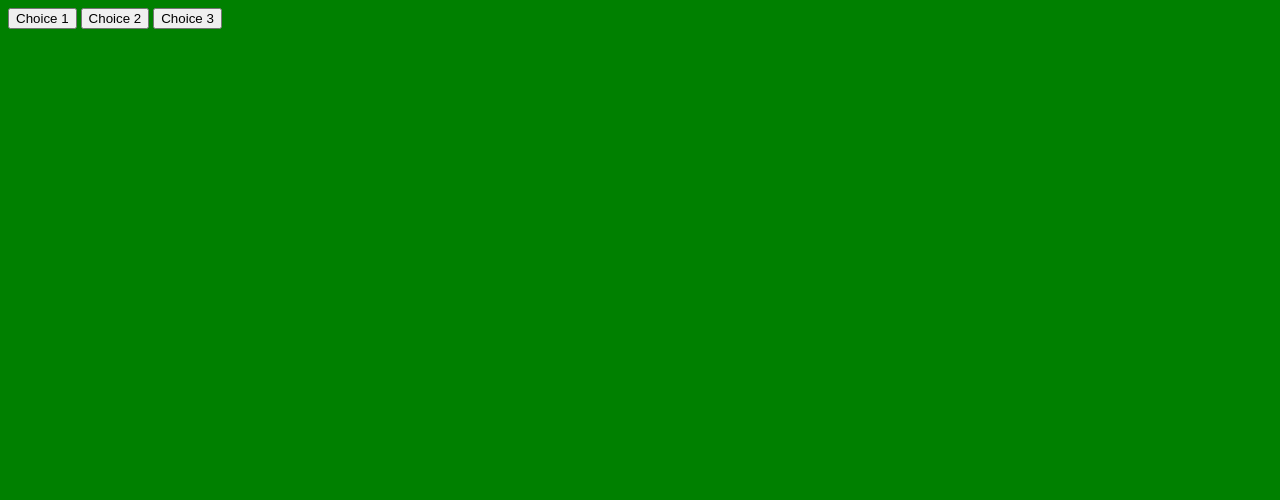
Repository: nguyenlejoe/Dynamic_notSoSherlock
Page: MultiChoice/MultiChoice.html
These files come from the project's save history. The page is drawn as it stood at one moment and after the next save; the edit follows.
The browser window is 1280 px wide. The pictures show the whole page.

Above is the page before, as saved 2020-03-05 18:21:05.

After the next save:
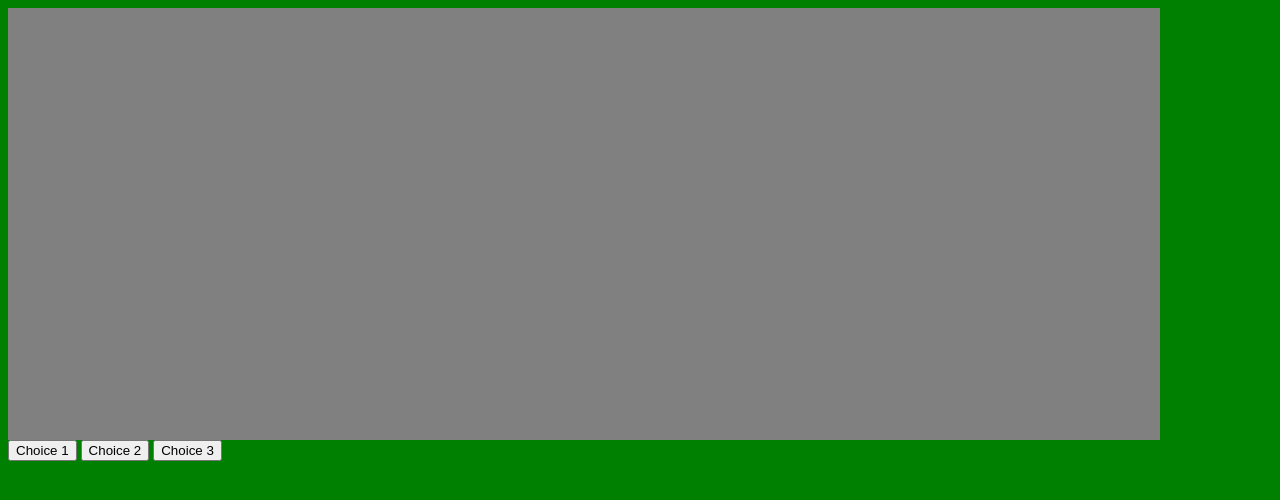
Saved 18 s later.
--- a/MultiChoice/MultiChoice.css
+++ b/MultiChoice/MultiChoice.css
@@ -8,7 +8,7 @@ body{
 }
 
 #crimeScene{
-    height: 60%;
-    width: 90%;
+    height: 60vh;
+    width: 90vw;
     background-color: grey;
 }
